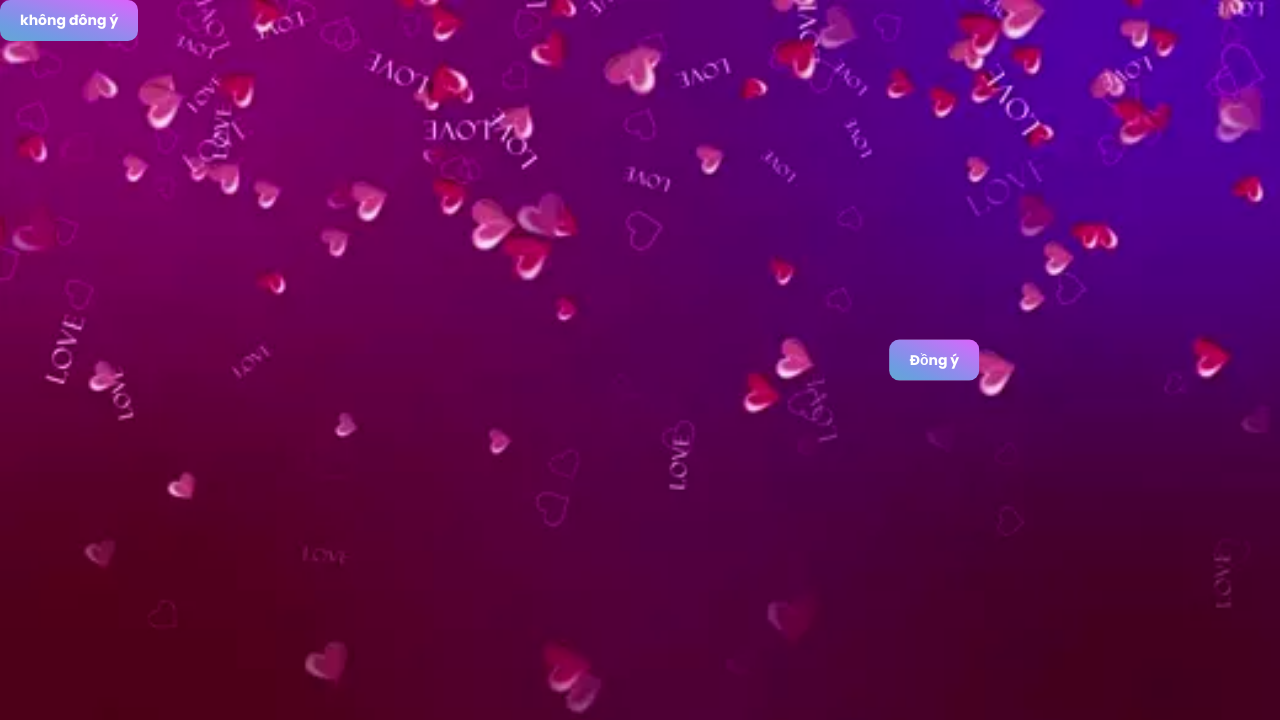
Repository: kuluong2000/love
Page: index.html
An editor plug-in stored every save of this project. The page is shown before and after the next save, followed by the edit.
The browser window is 1280 px wide. The pictures show the whole page.

Above is the page before, as saved 2022-06-04 22:09:32.

### index.html
<!DOCTYPE html>
<html lang="en">
  <head>
    <meta charset="UTF-8" />
    <meta http-equiv="X-UA-Compatible" content="IE=edge" />
    <meta name="viewport" content="width=device-width, initial-scale=1.0" />
    <link rel="stylesheet" href="app.css" />
    <title>Document</title>
  </head>
  <body>
    <div class="love">
      <button class="love-success btn">Đồng ý</button>
      <button class="love-fail btn">không đông ý</button>
    </div>
  </body>
</html>

### app.css
@import url("https://fonts.googleapis.com/css2?family=Poppins:ital,wght@0,300;0,400;0,500;0,600;0,700;1,300;1,400;1,500;1,600;1,700&display=swap");
* {
  padding: 0;
  margin: 0;
  box-sizing: border-box;
}
body {
  font-family: "Poppins", sans-serif;
}
.love {
  position: relative;
  width: 100%;
  height: 100vh;
  background: url("./image/bg.webp") no-repeat center / cover;
}
.btn {
  display: inline-block;
  position: absolute;
  border: none;
  outline: none;
  cursor: pointer;
  padding: 10px 20px;
  border-radius: 10px;
  background-image: linear-gradient(to right top, #6ba6d1, #69a2d9, #6c9ee0, #7698e5, #8491e8, #8e8cec, #9b87ef, #a980f0, #b57af5, #c273f8, #d06afa, #df5ffb);
  color: white;
  font-size: 14px;
  font-family: "Poppins", sans-serif;
  font-weight: bold;
  transition: color 0.2s ease;
  overflow: hidden;
}

.btn::before {
  content: "";
  position: absolute;
  width: 0%;
  height: 100%;
  top: 0;
  right: 0;

  /* background-color: transparent; */
  transition: width 0.2s cubic-bezier(0.29, 0.18, 0.26, 0.83);
  background-image: linear-gradient(to right top, #6b74d1, #736ddb, #8065e3, #905ae8, #a34aeb, #b33ee4, #c12ddb, #ce12d2, #d508c1, #d808b0, #da12a1, #d91d93);

  z-index: -1;
}
.btn:hover::before {
  width: 100%;
  left: 0;
}
.love-success {
  right: 20%;
  top: 50%;
  transform: translate(-50%, -50%);
}

After the next save:
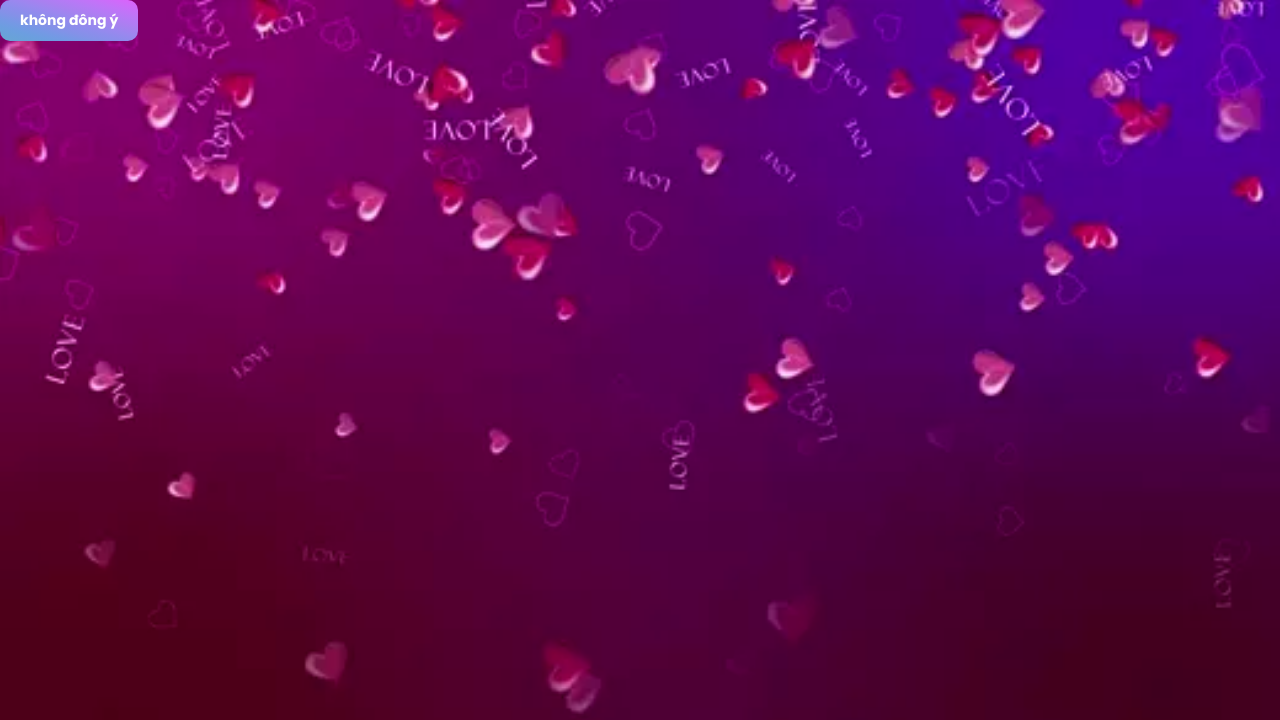
Saved 90 s later.
--- a/index.html
+++ b/index.html
@@ -9,7 +9,7 @@
   </head>
   <body>
     <div class="love">
-      <button class="love-success btn">Đồng ý</button>
+      <!-- <button class="love-success btn">Đồng ý</button> -->
       <button class="love-fail btn">không đông ý</button>
     </div>
   </body>
